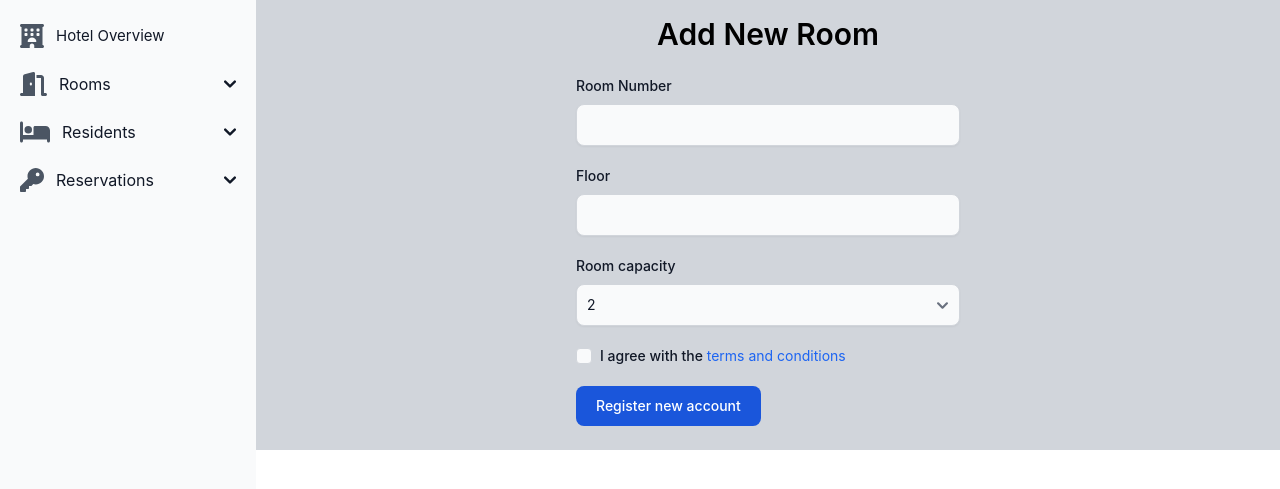
Repository: aggepap/hotelReservationsProj
Page: /rooms/add (app in admin-panel/)
The author's editor kept a copy of each file at every save. The page is drawn from the files as they stood at one save, then again after the next save.
The browser window is 1280 px wide. The pictures show the whole page.
The project was rebuilt for these pictures with package versions that can differ from the ones it lists, and the page was loaded fresh each time. Also part of the build but not shown: admin-panel/vite.config.ts, admin-panel/src/views/HomeView.vue.

Above is the page before, as saved 2025-01-19 15:57:34.

After the next save:
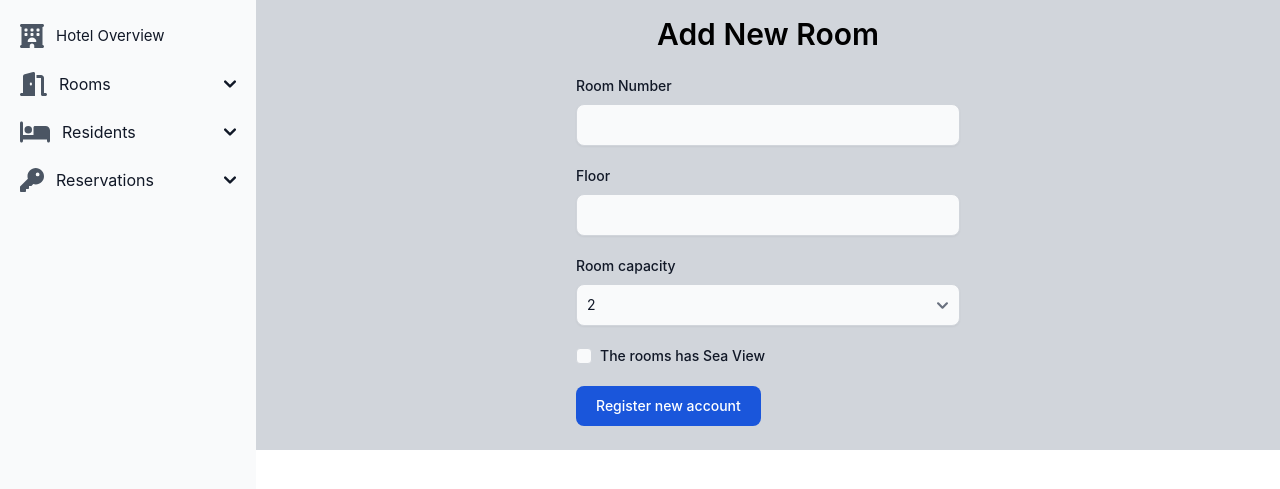
Saved 46 s later.
--- a/admin-panel/src/views/roomviews/AddRoomView.vue
+++ b/admin-panel/src/views/roomviews/AddRoomView.vue
@@ -51,7 +51,7 @@
     <div class="flex items-start mb-5">
       <div class="flex items-center h-5">
         <input
-          id="terms"
+          id="hasSeaview"
           type="checkbox"
           value=""
           class="w-4 h-4 border border-gray-300 rounded bg-gray-50 focus:ring-3 focus:ring-blue-300 dark:bg-gray-700 dark:border-gray-600 dark:focus:ring-blue-600 dark:ring-offset-gray-800 dark:focus:ring-offset-gray-800"
@@ -61,10 +61,7 @@
       <label
         for="terms"
         class="ms-2 text-sm font-medium text-gray-900 dark:text-gray-300"
-        >I agree with the
-        <a href="#" class="text-blue-600 hover:underline dark:text-blue-500"
-          >terms and conditions</a
-        ></label
+        >The rooms has Sea View</label
       >
     </div>
     <button
